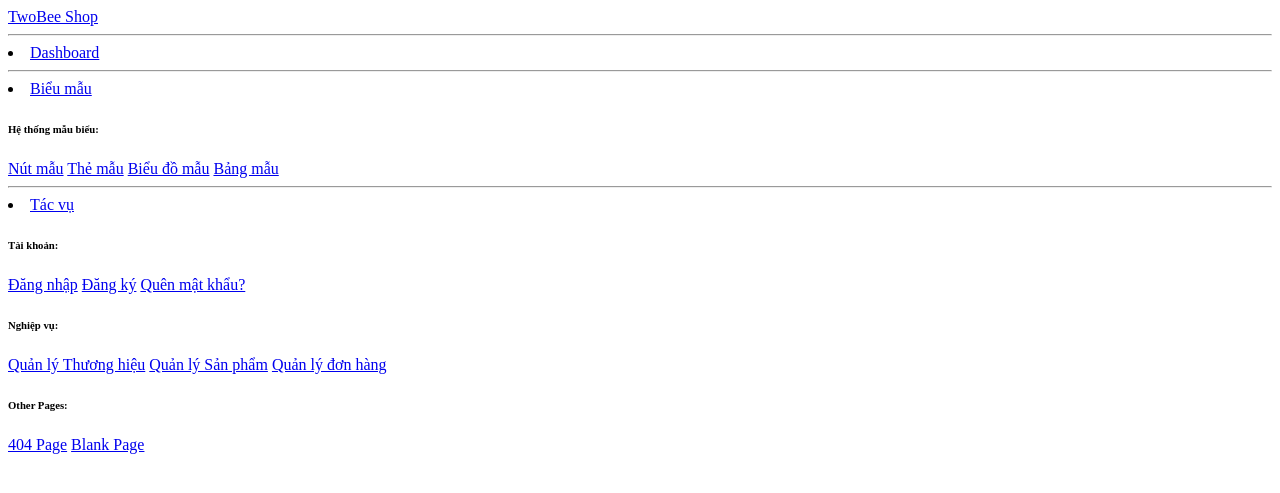
Repository: tuandh111/Java-6-asm
Page: Front-end/Java6_asm_/component/admin/sidebar.html
The author's editor kept a copy of each file at every save. The page is drawn from the files as they stood at one save, then again after the next save.
The browser window is 1280 px wide. The pictures show the whole page.

Above is the page before, as saved 2024-03-30 19:48:51.

After the next save:
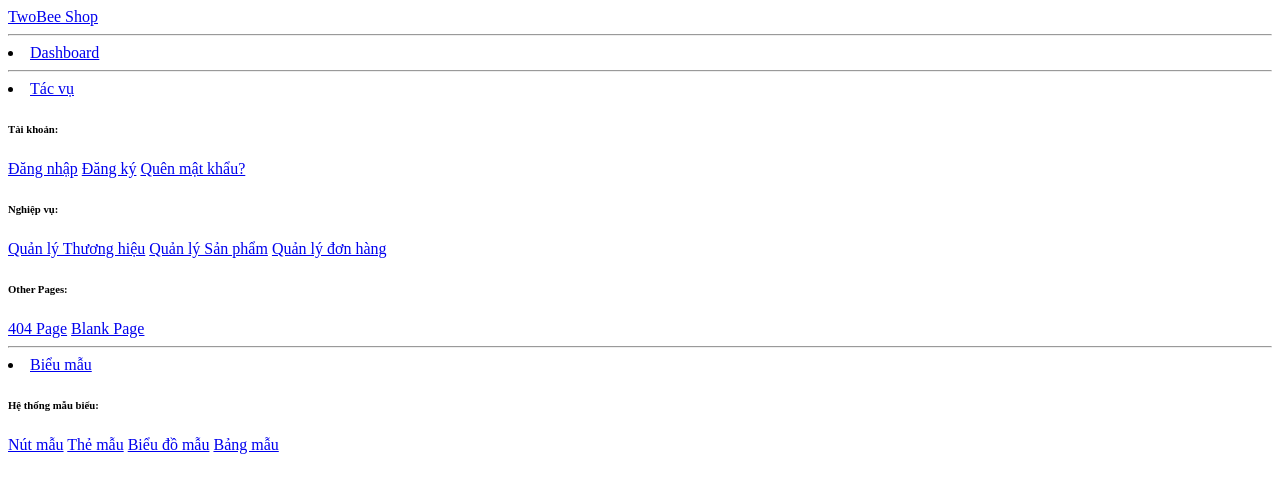
Saved 61 s later.
--- a/Front-end/Java6_asm_/component/admin/sidebar.html
+++ b/Front-end/Java6_asm_/component/admin/sidebar.html
@@ -19,35 +19,7 @@
         <span>Dashboard</span></a>
 </li>
 
-<!-- Divider -->
 <hr class="sidebar-divider">
-
-<!-- Nav Item - Pages Collapse Menu -->
-<li class="nav-item">
-    <a class="nav-link collapsed" href="#" data-toggle="collapse" data-target="#collapseTwo" aria-expanded="true"
-        aria-controls="collapseTwo" onclick="event.preventDefault()">
-        <i class="fas fa-fw fa-cog"></i>
-        <span>Biểu mẫu</span>
-    </a>
-    <div id="collapseTwo" class="collapse" aria-labelledby="headingTwo" data-parent="#accordionSidebar">
-        <div class="bg-white py-2 collapse-inner rounded">
-            <h6 class="collapse-header">Hệ thống mẫu biểu:</h6>
-            <a class="collapse-item" href="#!/admin/buttons">Nút mẫu</a>
-            <a class="collapse-item" href="#!/admin/cards">Thẻ mẫu</a>
-            <a class="collapse-item" href="#!/admin/charts">Biểu đồ mẫu</a>
-            <a class="collapse-item" href="#!/admin/tables">Bảng mẫu</a>
-        </div>
-    </div>
-</li>
-
-
-<!-- Divider -->
-<hr class="sidebar-divider">
-
-<!-- Heading -->
-<!-- <div class="sidebar-heading">
-    Addons
-</div> -->
 
 <!-- Nav Item - Pages Collapse Menu -->
 <li class="nav-item">
@@ -74,3 +46,24 @@
         </div>
     </div>
 </li>
+
+<!-- Divider -->
+<hr class="sidebar-divider">
+
+<!-- Nav Item - Pages Collapse Menu -->
+<li class="nav-item">
+    <a class="nav-link collapsed" href="#" data-toggle="collapse" data-target="#collapseTwo" aria-expanded="true"
+        aria-controls="collapseTwo" onclick="event.preventDefault()">
+        <i class="fas fa-fw fa-cog"></i>
+        <span>Biểu mẫu</span>
+    </a>
+    <div id="collapseTwo" class="collapse" aria-labelledby="headingTwo" data-parent="#accordionSidebar">
+        <div class="bg-white py-2 collapse-inner rounded">
+            <h6 class="collapse-header">Hệ thống mẫu biểu:</h6>
+            <a class="collapse-item" href="#!/admin/buttons">Nút mẫu</a>
+            <a class="collapse-item" href="#!/admin/cards">Thẻ mẫu</a>
+            <a class="collapse-item" href="#!/admin/charts">Biểu đồ mẫu</a>
+            <a class="collapse-item" href="#!/admin/tables">Bảng mẫu</a>
+        </div>
+    </div>
+</li>
